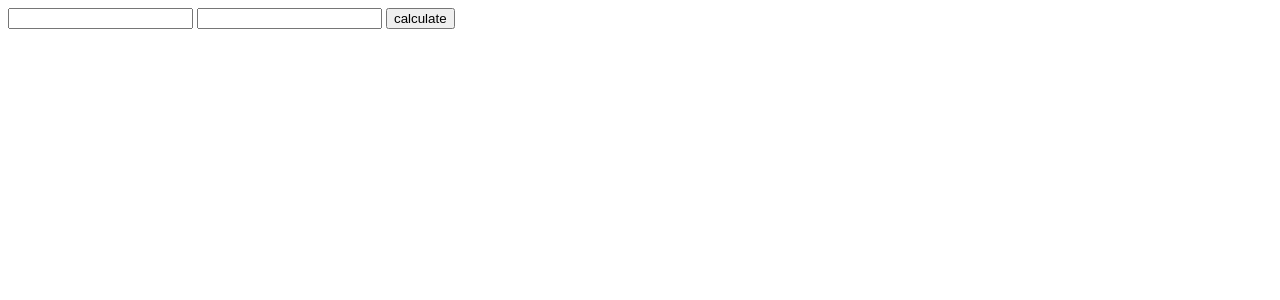
Repository: Kamrangujjar85112/Javascript-Vanilla-Projects
Page: index.html
The author's editor kept a copy of each file at every save. The page is drawn from the files as they stood at one save, then again after the next save.
The browser window is 1280 px wide. The pictures show the whole page.

Above is the page before, as saved 2022-01-21 00:30:42.

After the next save:
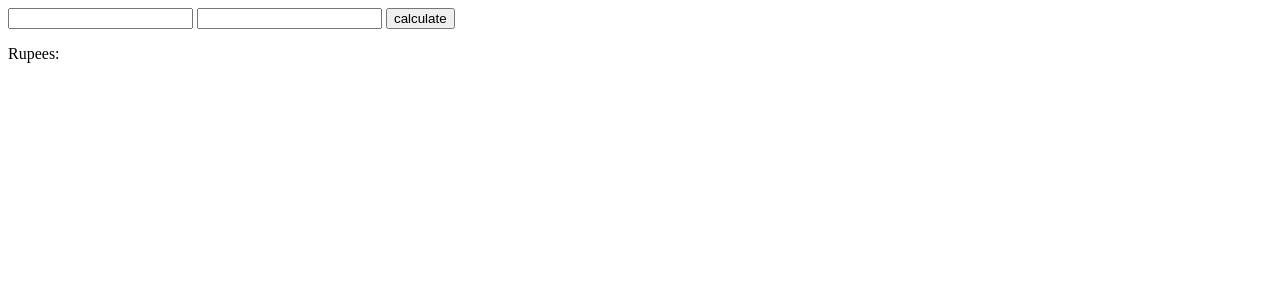
Saved 61 s later.
--- a/index.html
+++ b/index.html
@@ -36,7 +36,7 @@
 
         <input type="number" id = "rupee">
         <button id="btn">calculate</button>
-        <span id = "res"></span>
+        <p>Rupees: <span id="Rupees"></span></p>
 
     <!-- script-tag -->
 
